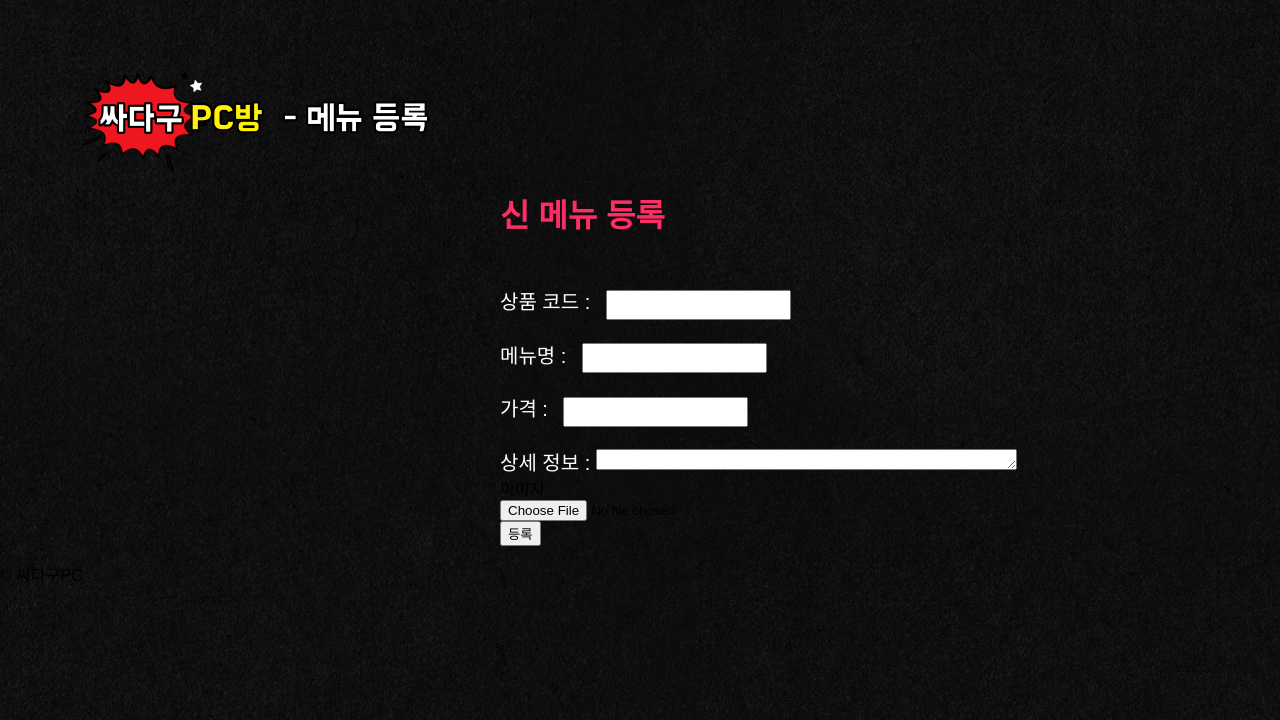
Repository: lkwoung/webProject-assignment
Page: http://localhost/CheapPC/addMenu.jsp
The author's editor kept a copy of each file at every save. The page is drawn from the files as they stood at one save, then again after the next save.
The browser window is 1280 px wide. The pictures show the whole page.
Some web fonts or font styles are not loaded; a fallback is used. The page is served by Tomcat 9.

Above is the page before, as saved 2020-12-13 15:10:38.

After the next save:
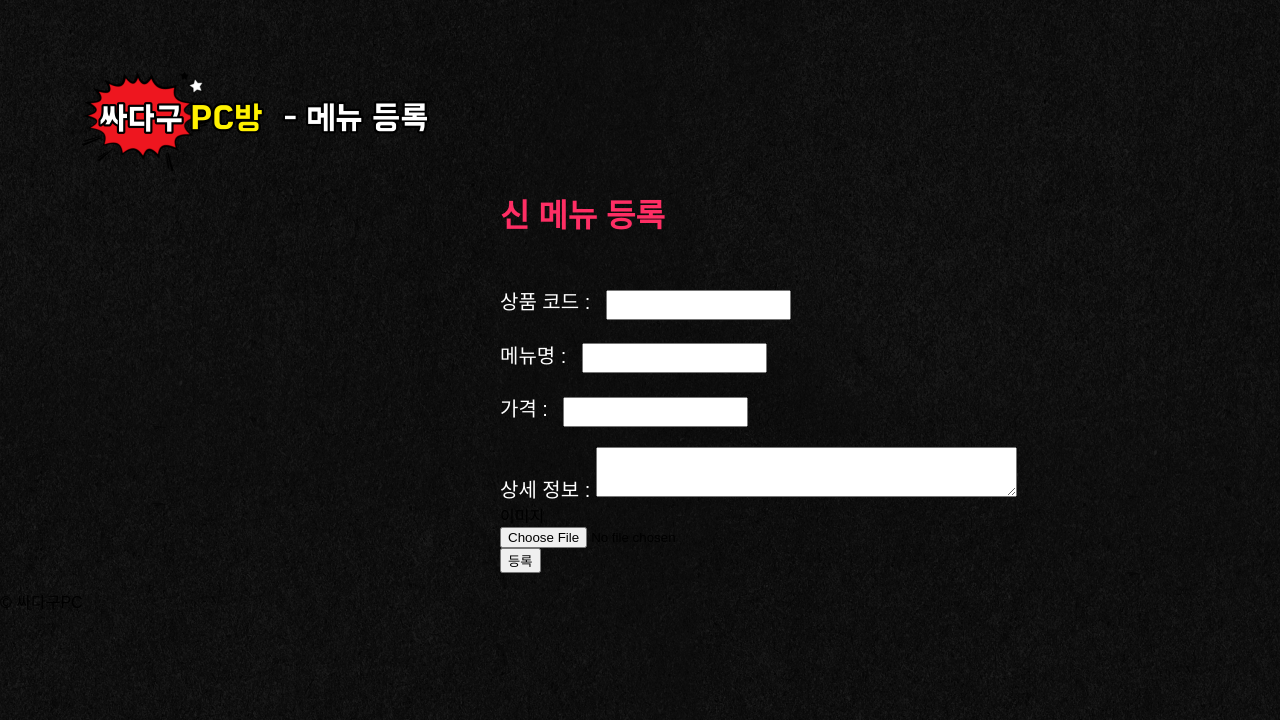
Saved 25 s later.
--- a/CheapPC/WebContent/addMenu.jsp
+++ b/CheapPC/WebContent/addMenu.jsp
@@ -27,7 +27,7 @@
 	</div>
 	<div style="color:#fff; font-size:20px;" >
 	<label >상세 정보 : </label>
-	<textarea name = "description"  cols="50" rows="1"></textarea>
+	<textarea name = "description" style="height:50px;" cols="50" rows="1"></textarea>
 
 	</div>
 

After the save that followed:
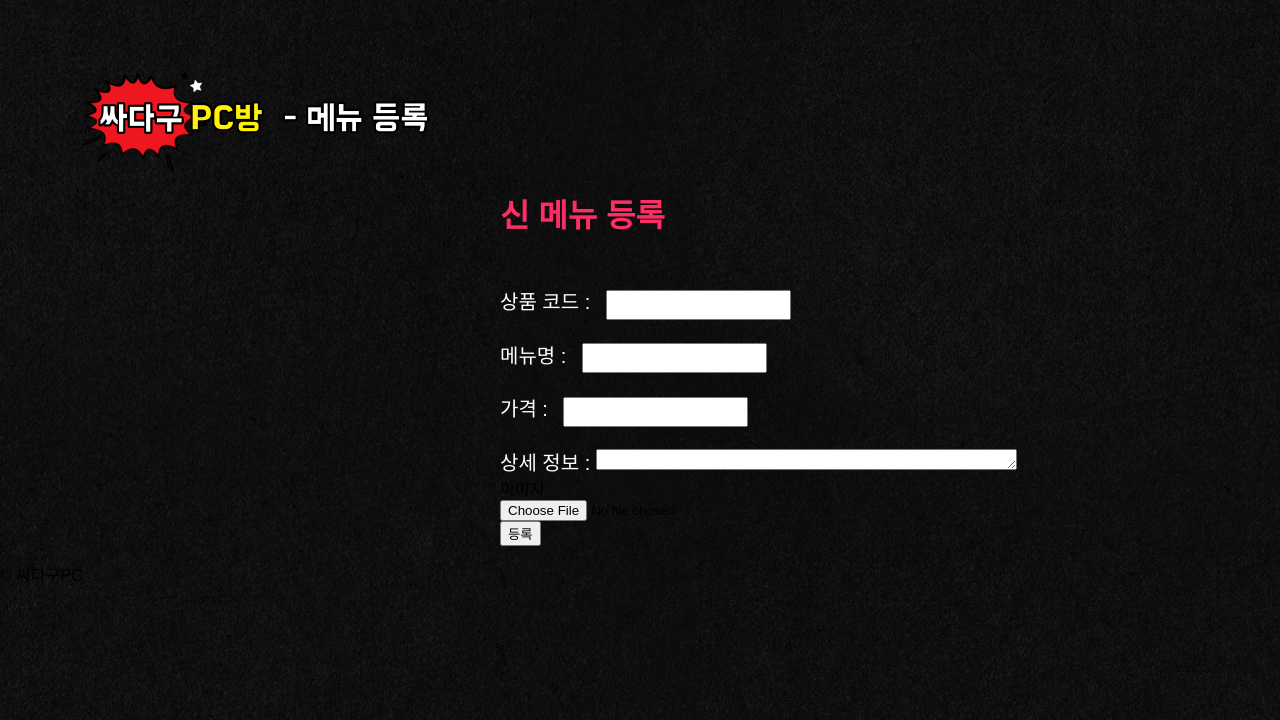
Saved 11 s later.
--- a/CheapPC/WebContent/addMenu.jsp
+++ b/CheapPC/WebContent/addMenu.jsp
@@ -27,7 +27,7 @@
 	</div>
 	<div style="color:#fff; font-size:20px;" >
 	<label >상세 정보 : </label>
-	<textarea name = "description" style="height:50px;" cols="50" rows="1"></textarea>
+	<textarea name = "description" cols="50" rows="1"></textarea>
 
 	</div>
 
